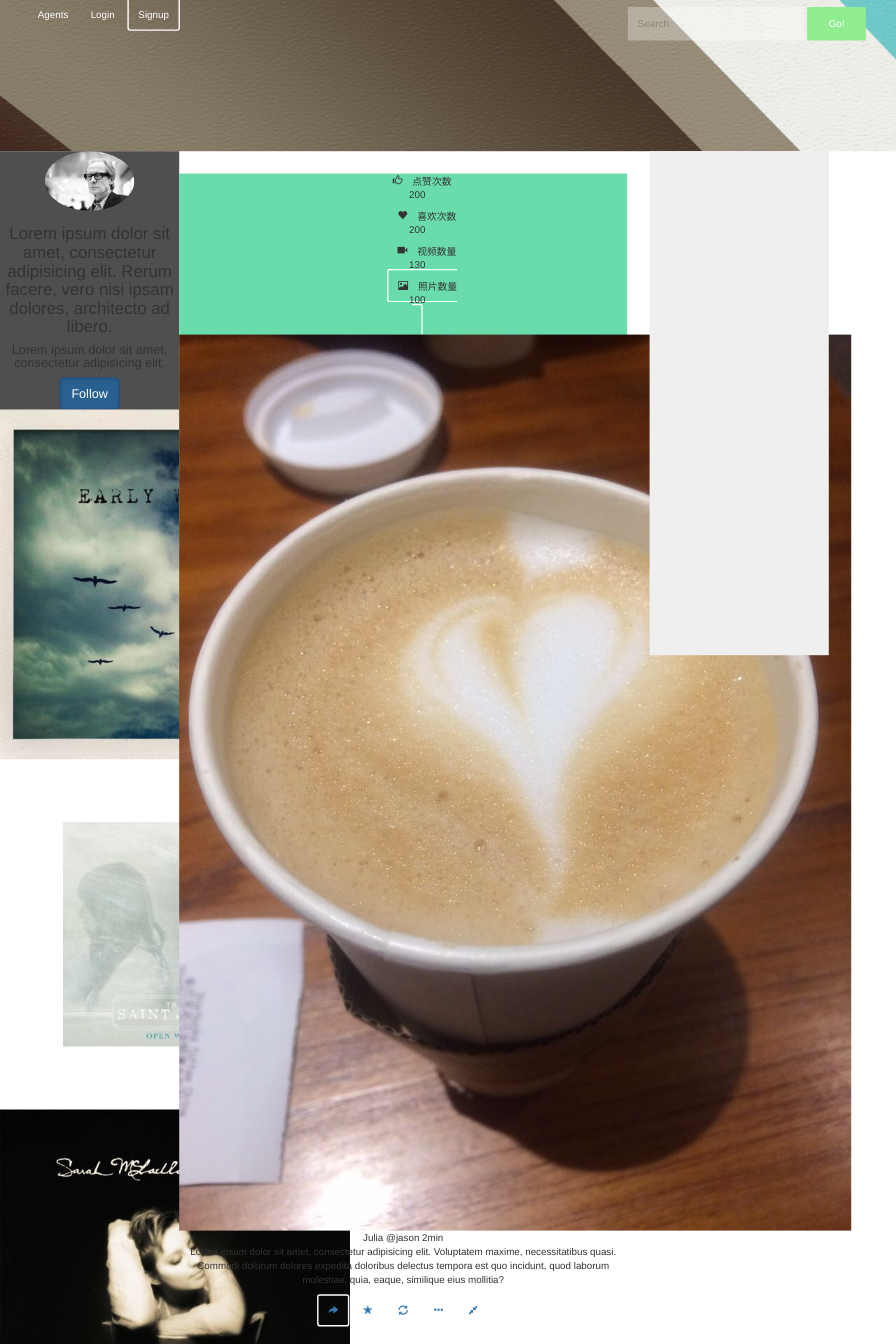
Repository: JasonBour/Beautypedia
Page: http://localhost/profile.php
An editor plug-in stored every save of this project. The page is shown before and after a run of saves, followed by the edit.
The browser window is 1280 px wide. The pictures show the part of the page from y = 0 to 1920 px (the page is 4585 px tall), at 70% of full size.
The page is run by PHP 8.4 with error messages shown; the project is at /var/www/html/.

Above is the page before, as saved 2015-09-16 12:55:44.

### Beautypedia/profile.php
<?php



?>

<html>

<head>
<!-- personal page-->
<title></title>
<meta charset="utf-8">
<link rel="stylesheet" type="text/css" href="./css/profile.css">
 <link rel="stylesheet" type="text/css" href="./css/bootstrap.min.css">
</head>

<body >
<div class="head" style="background: url('images/image_head.png');">
<section style="display:inline;float:left;">
  <header>
   <ul style="color: white">
    <li  class="header" style="list-style-type: none;display:inline;">Agents</li>
    <li class="header" style="list-style-type: none;display:inline;">Login</li>
    <li class="header" style="list-style-type: none;display:inline;">Signup</li>
   </ul>
  </header>


</section>


<form action="" style="display:inline;float:left;"><input type="text" placeholder="Search" class="search">
<input type="button" class="go" value="Go!" style="color: white">
</form>

</div>


<div class="left-profile">

<img alt="" src="./images/head.jpg" class="img-circle head" style="width: 50%;height: auto"><!-- headimage circle -->


<!-- text here -->
<h3>Lorem ipsum dolor sit amet, consectetur adipisicing elit. Rerum facere, vero nisi ipsam dolores, architecto ad libero.  </h3>
<h4>Lorem ipsum dolor sit amet, consectetur adipisicing elit.</h4>

<a href="#" class="btn btn-primary btn-lg active follow" role="button">Follow</a>

<div class="image-display">
	<p class="image_contain">
		<img src="images/808141046465970.jpg_500x500xundefined.jpg" class="image-display">
	     <img src="images/1274333976681636.jpg_500x500xundefined.jpg" class="image-display">
	     <img src="images/2540971371971260.jpg_500x500xundefined.jpg" class="image-display">
	</p>
    <p class="image_contain">
    	<img src="images/3234763209241135.jpg_500x500xundefined.jpg" class="image-display">
    	<img src="images/6619063297746674624.jpg" class="image-display">
    	<img src="images/6630305804141019376.jpg" class="image-display">
    </p>
    <p class="image_contain">
    	<img src="images/6630309102676568298.jpg" class="image-display">
    	<img src="images/6630750006839844164.jpg" class="image-display">
    	<img src="images/jason.jpg" class="image-display">
    </p>
</div>



</div>


<div class="center-news">

<div class="head-info">
<section class="number">
	<ul>
		<li class="item">
			<span class="glyphicon glyphicon-thumbs-up" aria-hidden="true" >
             <font style="font-family:'Open Sans', Helvetica, Arial, sans-serif;">点赞次数</font>
             </span>
             <p>
             	200
             </p>

		</li>


		 <li class="item">
		 	<span class="glyphicon glyphicon-heart" aria-hidden="true" >
             <font style="font-family:'Open Sans', Helvetica, Arial, sans-serif;">喜欢次数</font>
             </span>
             <p>
             	200
             </p>
		 </li >

        <li class="item">
		 	<span class="glyphicon glyphicon-facetime-video" aria-hidden="true" >
             <font style="font-family:'Open Sans', Helvetica, Arial, sans-serif;">视频数量</font>
             </span>
             <p>
             	130
             </p>
		 </li >

		  <li class="item">
		 	<span class="glyphicon glyphicon-picture" aria-hidden="true" >
             <font style="font-family:'Open Sans', Helvetica, Arial, sans-serif;">照片数量</font>
             </span>
             <p>
             	100
             </p>
		 </li >




	</ul>
</section>


</div> <!-- this is the lastest news number for users  -->
<div class="divide">

</div>
<div class="real-content">

<article class="post">
	<img src="images/avator.jpg" class="avator">
    <section class="content">
     <header class="span">
     	<span class="name">Julia</span>
        <span class="account">@jason </span>
        <span class="time"> 2min</span>
     </header>
     <p class="tweet">Lorem ipsum dolor sit amet, consectetur adipisicing elit. Voluptatem maxime, necessitatibus quasi. Commodi dolorum dolores expedita doloribus delectus tempora est quo incidunt, quod laborum molestiae, quia, eaque, similique eius mollitia?</p>
  <footer>
  	<nav>
  		<a href="" class="icon"><li class="glyphicon glyphicon-share-alt"></li></a>
        <a href="" class="icon"><li class="glyphicon glyphicon-star"> </li></a>
        <a href="" class="icon"><li class="glyphicon glyphicon-refresh"></li></a>
  	    <a href="" class="icon"><li class="glyphicon glyphicon-option-horizontal"></li></a>
  	    <a href="" class="icon"><li class="glyphicon glyphicon-resize-small"></li></a>
  	</nav>

  </footer>

    </section>
</article>



</div>
</div>


<div class="news"></div>


</body>

</html>

### Beautypedia/css/profile.css
@CHARSET "UTF-8";
body{
	font-family:lucida console, sans-serif;
	font-size:52.5%;
	text-align:center;

}


div.head{
	padding-top:10px;
	height:30%;
	width:100%;
    float:left;

}

form{
    margin-left:50%;
	padding:2em 0 43m 0;

}
input.search{
	padding:1em;
	border:0;
	width:18em;
	border-radius:2px 0 0 2px;
	opacity:.3;
}
input.go{

	padding:1em;
	border:0;
	width:6em;
	border-radius:0 2px  2px 0 ;
	background-color:lightgreen;
}



div.left-profile{
  float:left;
	display:inline;
	width:20%;
   background-color:#4f4f4f;
	height:100%;
}

div.center-news{
	margin:2.5% 2.5% 2.5% 0;
	float:left;
    display:inline;
    width:50%;
    background-color:#6adcac;
	height:100%;
}

div.news{
	float:left;
  width:20%;
	height:100%;
	background-color:#efefef;
}



header{
	ul{
	float:left;

     }




}
li{
      display:inline;!unless
	  float:left;!unless
	  margin:0.5em 1em;
	  padding:1em;

      }

 li:last-child{
	border: 2px solid #FFFFFF;
 	border-radius:4px 4px 4px 4px;
 }

h3{
	font-size:2em;
}

Loaded but not shown: Beautypedia/css/bootstrap.min.css (library)

After the next 2 saves:
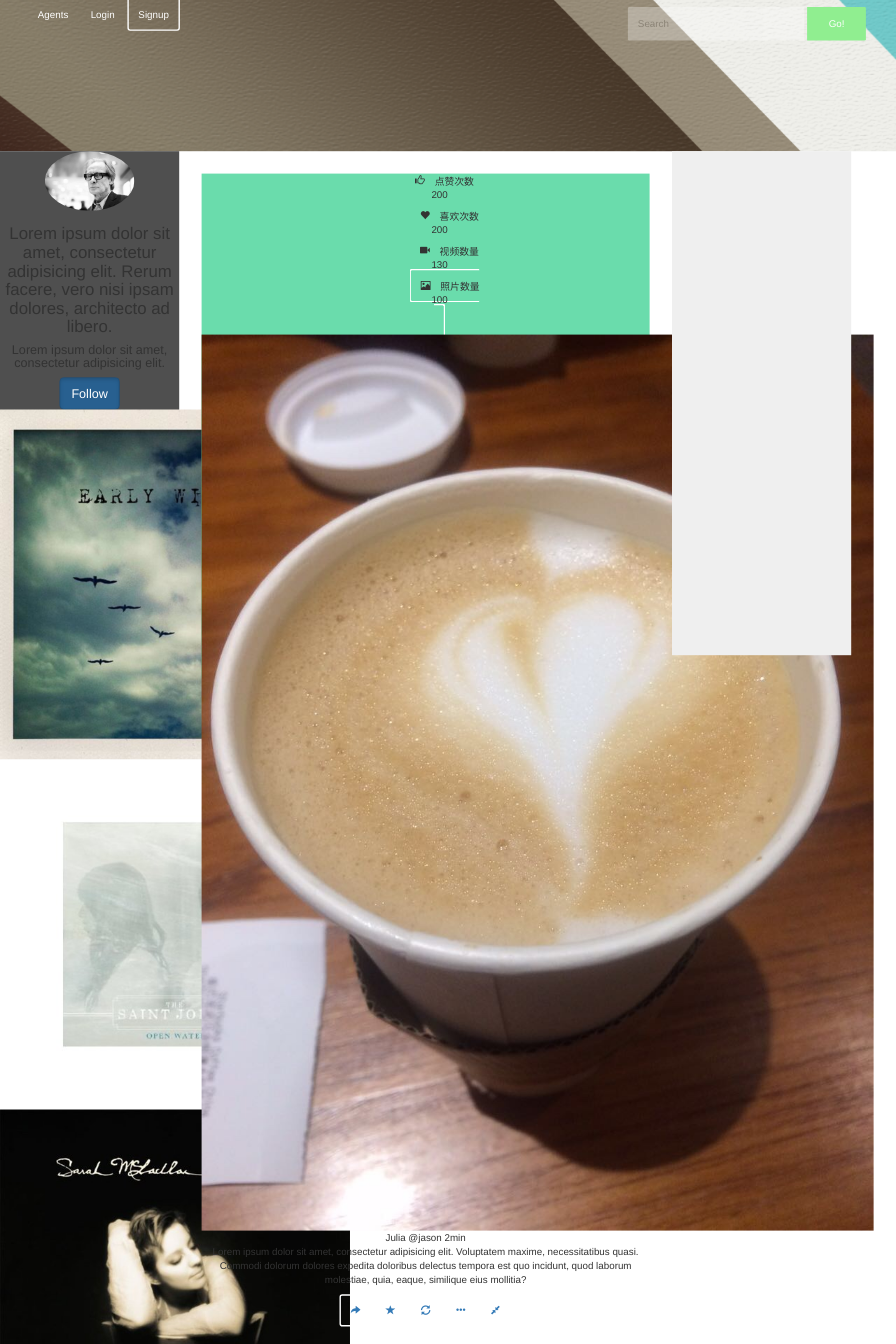
The 2 saves are shown as one change because they came seconds apart.
The last was saved 44 s later.
--- a/Beautypedia/css/profile.css
+++ b/Beautypedia/css/profile.css
@@ -44,6 +44,7 @@ div.left-profile{
 	width:20%;
    background-color:#4f4f4f;
 	height:100%;
+    margin-right :2.5%;
 }
 
 div.center-news{
